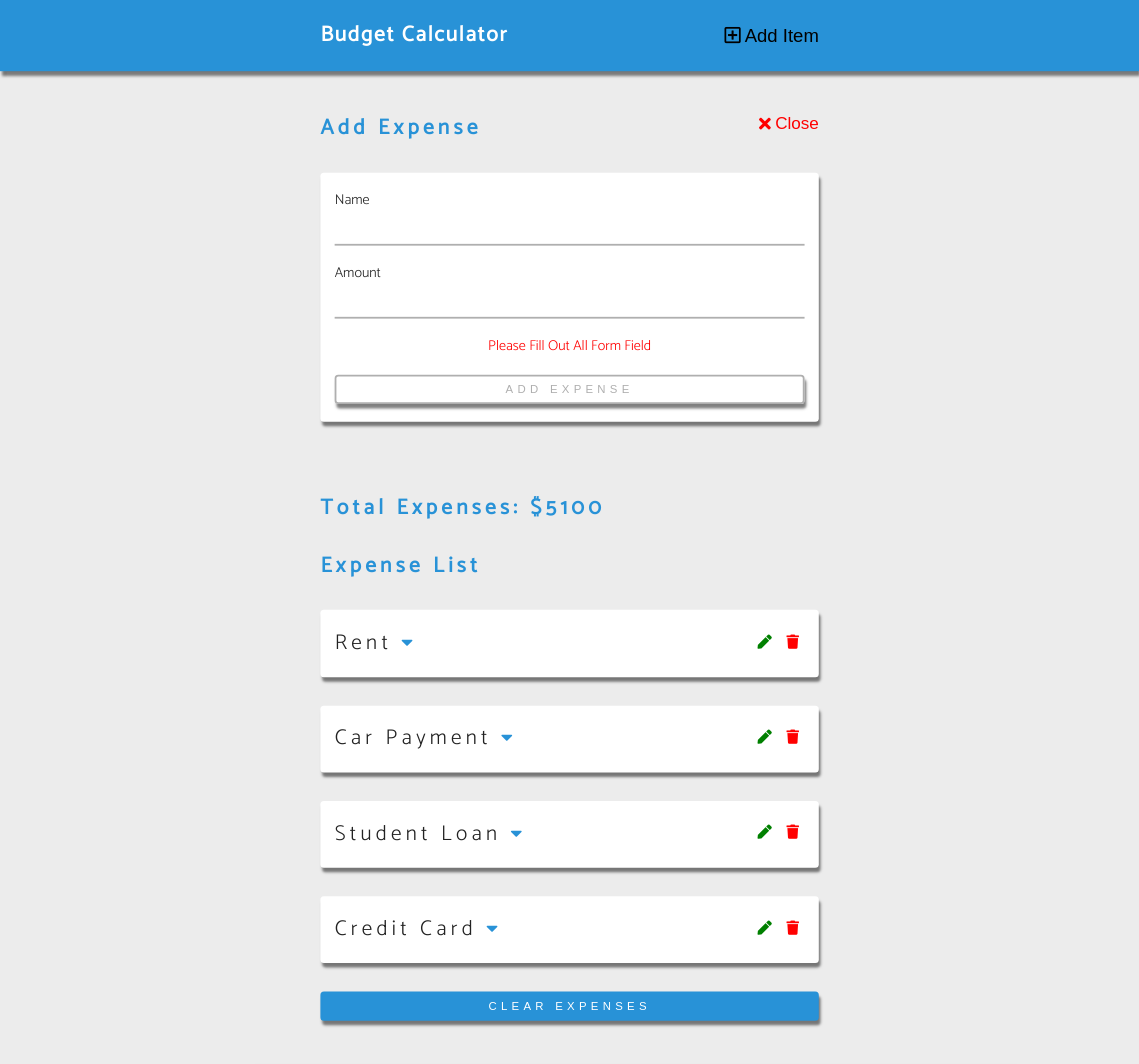
Repository: webdril/budget
Page: /
These files come from the project's save history. The page is drawn as it stood at one moment and after the next save; the edit follows.
The browser window is 1280 px wide. The pictures show the whole page, at 89% of full size.
The project was rebuilt for these pictures with package versions that can differ from the ones it lists, and the page was loaded fresh each time.

Above is the page before, as saved 2020-03-16 19:04:38.

After the next save:
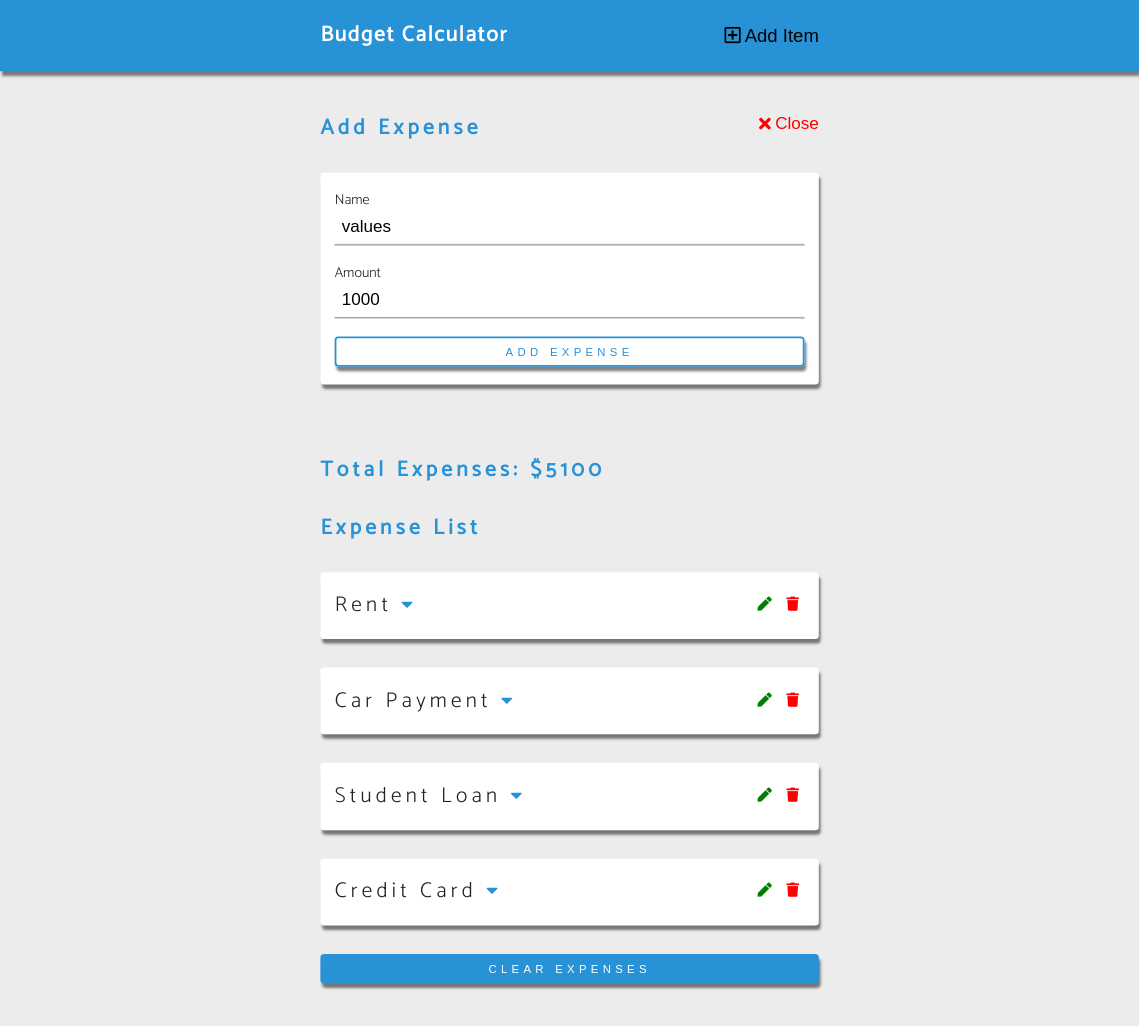
Saved 45 s later.
--- a/src/App.svelte
+++ b/src/App.svelte
@@ -12,8 +12,8 @@ import expensesData from './expenses';
 // variables
 let expenses = [...expensesData];
 // Setvariables
-let setName = "";
-let setAmount = null;
+let setName = "values";
+let setAmount = 1000;
 let setId = null;
 // reactive
 $: total = expenses.reduce((acc, curr) => {
